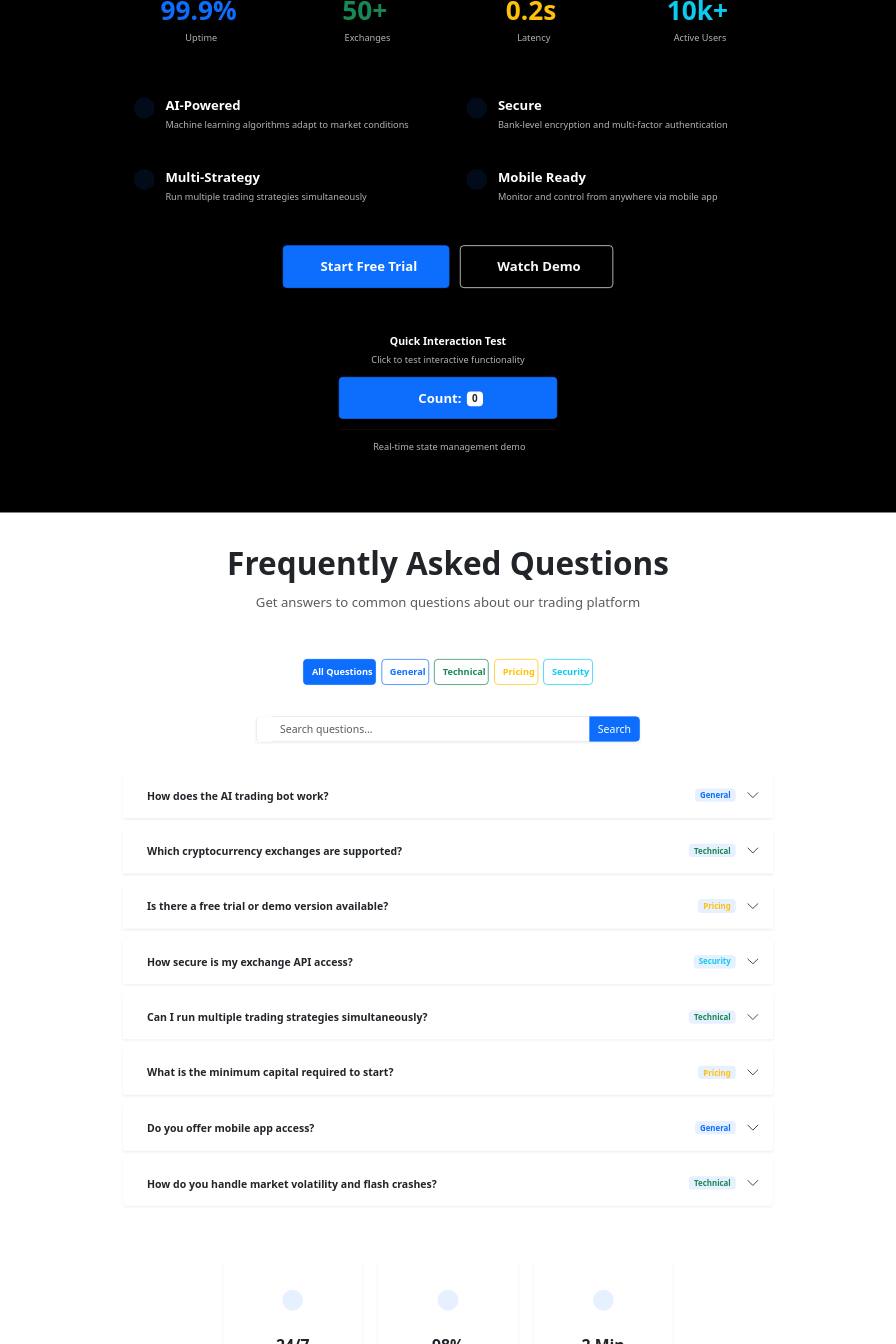
Repository: Kevin-Pro-Codes/halo-trading
Page: /
The author's editor kept a copy of each file at every save. The page is drawn from the files as they stood at one save, then again after the next save.
The browser window is 1280 px wide. The pictures show the part of the page from y = 408 to 2328 px (the page is 19543 px tall), at 70% of full size.
The page's requests for data from a server got no answer. The project was rebuilt for these pictures with package versions that can differ from the ones it lists, and the page was loaded fresh each time. Some packages were replaced by stand-ins written for this rebuild. No one was signed in, and anything a server would have sent is missing. Also part of the build but not shown: vite.config.js, src/styles/DocStyle.css, src/styles/PricingStyle.css.

Above is the page before, as saved 2025-12-09 18:48:55.

### src/Navbar.jsx
import React from 'react';
import haloLogo from './assets/halo.png';



const Navbar = ({ showHamburger, menuOpen, setMenuOpen }) => {
  return (
    <nav className="navbar">
      <div className="nav-content">
        <div className="nav-brand">
          <img src={haloLogo} alt="Trading Bot Logo" className="logo-img" />
        </div>

        {showHamburger ? (
          <div className="hamburger-container">
            <button
              className={`hamburger-btn ${menuOpen ? 'active' : ''}`}
              onClick={() => setMenuOpen(!menuOpen)}
              aria-label="Menu"
            >
              <span></span>
              <span></span>
              <span></span>
            </button>
          </div>
        ) : (
          <div className="nav-links">
            <button className="nav-btn">Home</button>
            <button className="nav-btn">About</button>
            <button className="nav-btn">Products</button>
            <button className="nav-btn">Contact</button>
          </div>
        )}
      </div>

      {showHamburger && menuOpen && (
        <div className="mobile-menu">
          <button className="nav-btn">Home</button>
          <button className="nav-btn">About</button>
          <button className="nav-btn">Products</button>
          <button className="nav-btn">Contact</button>
        </div>
      )}
    </nav>
  );
};

export default Navbar;

### src/components/FaqSection.jsx
import React, { useState } from 'react';

const FaqSection = () => {
  const [activeAccordion, setActiveAccordion] = useState(null);

  const faqs = [
    {
      question: "How does the AI trading bot work?",
      answer: "Our bot uses machine learning algorithms to analyze market data in real-time. It connects to your exchange accounts via secure API keys and executes trades based on your configured strategies. The AI continuously learns from market patterns and adapts to changing conditions for optimal performance.",
      category: "general"
    },
    {
      question: "Which cryptocurrency exchanges are supported?",
      answer: "We support all major exchanges including Binance, Coinbase Pro, Kraken, KuCoin, FTX, Bybit, and Bitfinex. Our platform is compatible with any exchange that provides REST API access. We're constantly adding new exchange integrations based on user demand.",
      category: "technical"
    },
    {
      question: "Is there a free trial or demo version available?",
      answer: "Yes! We offer a 14-day free trial with full access to all features including paper trading (simulated trading with virtual funds). No credit card required to start. After the trial, you can choose from our flexible subscription plans starting at $29/month.",
      category: "pricing"
    },
    {
      question: "How secure is my exchange API access?",
      answer: "We implement bank-level security measures including end-to-end encryption, read-only API key permissions by default, and never store your API secrets on our servers. All keys are encrypted at rest and in transit. We recommend using API keys with withdrawal disabled for maximum security.",
      category: "security"
    },
    {
      question: "Can I run multiple trading strategies simultaneously?",
      answer: "Absolutely! You can run up to 20 different strategies concurrently on a single account. Each strategy can have its own configuration, risk parameters, and asset allocation. Our platform includes strategy backtesting and performance analytics to help you optimize your approach.",
      category: "technical"
    },
    {
      question: "What is the minimum capital required to start?",
      answer: "There's no minimum requirement to use our platform. You can start trading with any amount. However, we recommend starting with at least $100 to account for exchange fees and market fluctuations. Remember: never trade more than you can afford to lose.",
      category: "pricing"
    },
    {
      question: "Do you offer mobile app access?",
      answer: "Yes! We have native iOS and Android apps that provide full functionality including real-time monitoring, strategy adjustments, and performance analytics. You can also access our platform via any modern web browser on desktop or mobile.",
      category: "general"
    },
    {
      question: "How do you handle market volatility and flash crashes?",
      answer: "Our platform includes multiple safety features: stop-loss orders, trailing stops, take-profit targets, and circuit breakers. The AI is trained to recognize abnormal market conditions and can temporarily pause trading during extreme volatility to protect your capital.",
      category: "technical"
    }
  ];

  const categories = [
    { id: "all", name: "All Questions", icon: "bi-grid", variant: "primary" },
    { id: "general", name: "General", icon: "bi-question-circle", variant: "primary" },
    { id: "technical", name: "Technical", icon: "bi-gear", variant: "success" },
    { id: "pricing", name: "Pricing", icon: "bi-currency-dollar", variant: "warning" },
    { id: "security", name: "Security", icon: "bi-shield-check", variant: "info" }
  ];

  const [selectedCategory, setSelectedCategory] = useState("all");

  const filteredFaqs = selectedCategory === "all"
    ? faqs
    : faqs.filter(faq => faq.category === selectedCategory);

  return (
    <section className="py-5 bg-white">
      <div className="container">
        {/* Header */}
        <div className="row justify-content-center text-center mb-5">
          <div className="col-lg-8">
            <h2 className="display-5 fw-bold mb-3">
              Frequently Asked Questions
            </h2>
            <p className="lead text-muted mb-4">
              Get answers to common questions about our trading platform
            </p>
          </div>
        </div>

        {/* Category Filter */}
        <div className="row mb-4">
          <div className="col-12">
            <div className="d-flex flex-wrap justify-content-center gap-2 mb-4">
              {categories.map((category) => (
                <button
                  key={category.id}
                  onClick={() => setSelectedCategory(category.id)}
                  className={`btn btn-sm px-1 py-2 fw-bold ${selectedCategory === category.id ? `btn-${category.variant}` : `btn-outline-${category.variant}`}`}
                >
                  <i className={`bi ${category.icon} me-2`}></i>
                  {category.name}
                </button>
              ))}
            </div>
          </div>
        </div>

        {/* Search Bar */}
        <div className="row justify-content-center mb-5">
          <div className="col-md-8 col-lg-6">
            <div className="input-group shadow-sm">
              <span className="input-group-text bg-white border-end-0">
                <i className="bi bi-search text-muted"></i>
              </span>
              <input
                type="text"
                className="form-control border-start-0"
                placeholder="Search questions..."
              />
              <button className="btn btn-primary">
                Search
              </button>
            </div>
          </div>
        </div>

        {/* FAQ Accordion */}
        <div className="row justify-content-center">
          <div className="col-lg-10">
            <div className="accordion" id="faqAccordion">
              {filteredFaqs.map((faq, index) => (
                <div className="accordion-item border-0 shadow-sm mb-3" key={index}>
                  <h2 className="accordion-header">
                    <button
                      className={`accordion-button ${activeAccordion === index ? '' : 'collapsed'} fw-bold py-4`}
                      type="button"
                      onClick={() => setActiveAccordion(activeAccordion === index ? null : index)}
                      style={{
                        backgroundColor: activeAccordion === index ? 'rgba(13, 110, 253, 0.05)' : 'white'
                      }}
                    >
                      <div className="d-flex align-items-center w-100">
                        <i className="bi bi-question-circle-fill text-primary me-3"></i>
                        <span className="me-auto">{faq.question}</span>
                        <span className={`badge bg-${categories.find(c => c.id === faq.category)?.variant} bg-opacity-10 text-${categories.find(c => c.id === faq.category)?.variant} me-3`}>
                          {categories.find(c => c.id === faq.category)?.name}
                        </span>
                      </div>
                    </button>
                  </h2>
                  <div
                    className={`accordion-collapse collapse ${activeAccordion === index ? 'show' : ''}`}
                  >
                    <div className="accordion-body py-4">
                      <p className="text-muted mb-4">{faq.answer}</p>
                      <div className="d-flex justify-content-between align-items-center">
                        <div className="d-flex gap-2">
                          <span className="badge bg-light text-dark border">#AI</span>
                          <span className="badge bg-light text-dark border">#Trading</span>
                          <span className="badge bg-light text-dark border">#Platform</span>
                        </div>
                        <button className="btn btn-sm btn-outline-primary">
                          <i className="bi bi-hand-thumbs-up me-1"></i>
                          Helpful
                        </button>
                      </div>
                    </div>
                  </div>
                </div>
              ))}
            </div>
          </div>
        </div>

        {/* Stats */}
        <div className="row justify-content-center mt-5 mb-5">
          <div className="col-sm-7">
            <div className="row g-4">
              <div className="col-md-4 text-center">
                <div className="card border-0 shadow-sm h-1">
                  <div className="card-body p-4">
                    <div className="bg-primary bg-opacity-10 p-3 rounded-circle d-inline-block mb-3">
                      <i className="bi bi-headset text-primary fs-4"></i>
                    </div>
                    <h3 className="fw-bold mb-2">24/7 Support</h3>
                    <p className="text-muted mb-0">Round-the-clock assistance for all users</p>
                  </div>
                </div>
              </div>
              <div className="col-md-4 text-center">
                <div className="card border-0 shadow-sm h-1">
                  <div className="card-body p-4">
                    <div className="bg-success bg-opacity-10 p-3 rounded-circle d-inline-block mb-3">
                      <i className="bi bi-check-circle text-success fs-4"></i>
                    </div>
                    <h3 className="fw-bold mb-2">98% Satisfaction</h3>
                    <p className="text-muted mb-0">Based on user feedback and reviews</p>
                  </div>
                </div>
              </div>
              <div className="col-md-4 text-center">
                <div className="card border-0 shadow-sm h-1">
                  <div className="card-body p-4">
                    <div className="bg-warning bg-opacity-10 p-3 rounded-circle d-inline-block mb-3">
                      <i className="bi bi-lightning text-warning fs-4"></i>
                    </div>
                    <h3 className="fw-bold mb-2">2 Min Response</h3>
                    <p className="text-muted mb-0">Average live chat response time</p>
                  </div>
                </div>
              </div>
            </div>
          </div>
        </div>

{/* CTA Section - Wider & Shorter */}
<div className="row justify-content-center mt-4">
  <div className="col-lg-11 col-xl-10">  {/* WIDER */}
    <div className="card border-primary bg-primary bg-opacity-5">

      {/* Reduced vertical padding */}
      <div className="card-body p-3 p-md-4">

        {/* Smaller header spacing */}
        <div className="text-center mb-3">
          <div className="bg-primary bg-opacity-10 p-2 rounded-circle d-inline-block mb-2">
            <i className="bi bi-question-circle-fill text-primary fs-4"></i>
          </div>
          <h4 className="fw-bold mb-2">Still Need Help?</h4>
          <p className="text-muted mb-3 small">
            Can't find the answer? Our support team is here to help.
          </p>
        </div>

        {/* Smaller buttons & tighter spacing */}
        <div className="d-flex flex-column flex-md-row justify-content-center align-items-center gap-2 mb-3">
          <button className="btn btn-outline-secondary px-3 py-2">
            <i className="bi bi-chat-dots me-2"></i> Chat
          </button>

          <button className="btn btn-outline-secondary px-3 py-2">
            <i className="bi bi-envelope me-2"></i> Email
          </button>

          <button className="btn btn-outline-secondary px-3 py-2">
            <i className="bi bi-book me-2"></i> Docs
          </button>
        </div>

        {/* Smaller footer */}
        <div className="text-center mt-2">
          <small className="text-muted">
            <i className="bi bi-telephone me-1"></i>
            1-800-TRADE-BOT • 24/7
          </small>
        </div>

      </div>
    </div>
  </div>
</div>

        {/* Quick Links */}
        <div className="row justify-content-center mt-5">
          <div className="col-lg-10">
            <div className="d-flex flex-wrap justify-content-center gap-3 gap-md-4">
              <a href="#" className="text-decoration-none text-muted d-flex align-items-center">
                <i className="bi bi-file-text me-2"></i>
                <span>Documentation</span>
              </a>
              <a href="#" className="text-decoration-none text-muted d-flex align-items-center">
                <i className="bi bi-youtube me-2"></i>
                <span>Video Tutorials</span>
              </a>
              <a href="#" className="text-decoration-none text-muted d-flex align-items-center">
                <i className="bi bi-people me-2"></i>
                <span>Community Forum</span>
              </a>
              <a href="#" className="text-decoration-none text-muted d-flex align-items-center">
                <i className="bi bi-github me-2"></i>
                <span>API Reference</span>
              </a>
              <a href="#" className="text-decoration-none text-muted d-flex align-items-center">
                <i className="bi bi-file-earmark-text me-2"></i>
                <span>Blog & Updates</span>
              </a>
            </div>
          </div>
        </div>
      </div>
    </section>
  );
};

export default FaqSection;

### src/Footer.jsx
import React from "react";

const Footer = () => {
  return (
    <footer className="section-black">
      <div className="section-content">
        <div className="footer-grid">
          <div className="footer-col">
            <h3>Contact</h3>
            <p>Email: support@halo.com</p>
            <p>Phone: +55 11 9987-6543</p>
            <p>Address: 456 Finance Street, Crypto City</p>
          </div>
          <div className="footer-col">
            <h3>Legal</h3>
            <p><a href="#">Risk Disclosure</a></p>
            <p><a href="#">Terms of Service</a></p>
            <p><a href="#">Privacy Policy</a></p>
          </div>
          <div className="footer-col">
            <h3>Support</h3>
            <p><a href="#">Help Center</a></p>
            <p><a href="#">API Documentation</a></p>
            <p><a href="#">Community Forum</a></p>
            <p className="mt-3"><a href="#">MetaTrader 5</a></p>
          </div>
        </div>
        <div className="footer-bottom">
          <p>
            © 2025 Halo Algo Trading. All rights reserved. Disclaimer: Trading
            involves risk. Past performance is not indicative of future results.
          </p>
          <p className="disclaimer"></p>
        </div>
      </div>
    </footer>
  );
};

export default Footer;

### src/App.css
/* Variables */
:root {
  --primary-color: #646cff;
  --primary-hover: #535bf2;
  --text-dark: black;
  --text-light: #ffffff;
  --bg-dark: black;
  --bg-light: #ffffff;
  --border-radius: 4px;
  --transition: all 0.3s ease;
}

#root {
  max-width: 100%;
  margin: auto;
  padding: 0rem;
  text-align: center;
}

/* Base Styles */
* {
  box-sizing: border-box;
  margin: 0;
  padding: 0;


}

html {
  font-size: 15px;

}



/* Typography */
h1, h2, h3, h4, h5, h6 {
  margin-bottom: 1rem;
  line-height: 1.2;
}

h2 {
  font-size: 2rem;
}

h3 {
  font-size: 1.5rem;
  margin: 1rem 0;
}

p {
  margin-bottom: 1rem;
}

ul {
  list-style: none;
  padding-left: 0;
}

/* Utility Classes */
.black-text {
  color: var(--text-dark);
}

.white-text {
  color: var(--text-light);
}

.bg-white {
  background-color: var(--bg-light);
}

.bg-black {
  background-color: var(--bg-dark);
}


/* Sections */
section {
  padding: 3rem 0;
}

.section-content {
  max-width: 2280px;
  margin: 0 auto;
  padding: 0 1rem;
}


.section-black {
  background-color: var(--bg-dark);
  color: var(--text-light);
}

.section-white {
  background-color: var(--bg-light);
  color: var(--text-dark);
}



/* Responsive Adjustments */
@media (max-width: 768px) {
  html {
    font-size: 14px;
  }

    .navbar {
    padding: 0;

  }

.nav-btn {
  background: transparent;
  color: var(--text-dark);
  border: 1px solid var(--text-dark);
  padding: 2rem 1rem;
  border-radius: var(--border-radius);
  font-family: inherit;
  font-size: 1rem;
}

  .logo-img {
  height: 4.5rem; /* Slightly reduced size */
  width: auto;
}

  .section-content {
    padding: 0 1.5rem;
  }

}

@media (max-width: 480px) {

  .navbar {
    padding: 0;
  }

.nav-btn {
  background: transparent;
  color: var(--text-dark);
  border: 1px solid var(--text-dark);
  padding: 1.5rem 1rem;
  border-radius: var(--border-radius);
  font-family: inherit;
  font-size: 1rem;
}


  .logo-img {
    height: 3.5rem;
  }

  section {
    padding: 2rem 0;
  }



}

### src/styles/ConverterStyle.css
/* Add to your existing CSS */
.converter-container {
  max-width: 500px;
  margin: 0 auto;
}

.converter-card {
  background-color: white;
  padding: 2rem;
  border-radius: var(--border-radius);
}

.converter-row {
  display: flex;
  align-items: center;
  margin-bottom: 1rem;
}

.converter-row label {
  width: 80px;
  text-align: right;
  margin-right: 1rem;
}

.converter-row input {
  flex: 1;
  padding: 0.5rem;
  border-radius: var(--border-radius);
  border: 1px solid #ddd;
  background-color: var(--bg-light);
  color: var(--text-dark);
}

.converter-card label,
.converter-card .rate-display {
  color: black; /* Replace with your desired color */
  font-weight: bold;
}

.rate-display {
  text-align: center;
  margin-top: 1.5rem;
  font-size: 0.9rem;
  opacity: 0.8;
}

/* Responsive adjustments */
@media (max-width: 600px) {
  .converter-row {
    flex-direction: column;
    align-items: flex-start;
  }

  .converter-row label {
    width: 100%;
    text-align: left;
    margin-bottom: 0.5rem;
  }
}

### src/styles/GalleryStyle.css
.card {
  max-width: 300px;         /* sets a max size without using % */
  width: 100%;              /* allows it to shrink only if necessary */
  padding: 1.5rem;
  border-radius: var(--border-radius);
  margin: 1rem auto;        /* centers the card */
  text-align: center;       /* centers button inside */
  box-sizing: border-box;   /* ensures padding doesn't add to width */
}



/* Gallery */
.gallery-grid {
  display: grid;
  grid-template-columns: repeat(auto-fill, minmax(200px, 1fr));
  gap: 1rem;
  margin-top: 1rem;
}

.gallery-item {
  border: 2px solid black;     /* Outline border color */
  border-radius: 8px;            /* Rounded corners (optional) */
  padding: 16px;                 /* Inner spacing */
  text-align: center;            /* Center the text */
  font-size: 20px;
  font-family: 'Calibri', sans-serif;
  color: black !important;
  transition: 0.3s ease-in-out;  /* Smooth hover transition */
  position: relative;
  width: 100%;
  height: 10rem;
  overflow: hidden;
  border-radius: 8px;
  background-color: white;
  box-shadow: 0 0 6px white;
}


.gallery-image {
  max-width: 100%;
  max-height: 100%;
  object-fit: contain;
}



.photo-gallery {
  display: grid;
  grid-template-columns: repeat(auto-fit, minmax(200px, 1fr));
  gap: 16px;
}


.square-image-container {
  position: absolute;
  top: 0; left: 0; right: 0; bottom: 0;
  display: flex;
  justify-content: center;
  align-items: center;
  overflow: hidden;
}

### src/styles/FooterStyle.css

/* Footer */
.footer-grid {
  display: grid;
  grid-template-columns: repeat(auto-fit, minmax(200px, 1fr));

}

.footer-col a {
  color: var(--text-light);
  text-decoration: none;

}

.footer-col a:hover {
  text-decoration: underline;

}

.footer-bottom {
  text-align: center;
  padding-top: 1rem;
  border-top: 1px solid rgba(255, 255, 255, 0.1);

}

.disclaimer {

  padding-bottom: 10px;
   margin-bottom: 0px !important;
}

Loaded but not shown: index.html (common file); src/main.jsx (common file); src/components/DocSection.jsx (389 lines, source omitted); src/components/LatestSection.jsx (402 lines, source omitted); src/components/ConverterSection.jsx (399 lines, source omitted); src/components/SetupSection.jsx (300 lines, source omitted); src/components/GallerySection.jsx (302 lines, source omitted); src/components/PricingSection.jsx (314 lines, source omitted); src/components/TestimonialSection.jsx (224 lines, source omitted); src/components/IntroSection.jsx (222 lines, source omitted); src/components/PerformanceSection.jsx (184 lines, source omitted); src/App.jsx (157 lines, source omitted); src/styles/NavbarStyle.css (126 lines, source omitted); src/index.css (124 lines, source omitted); src/styles/FaqStyle.css (no stored copy; drawn as an empty file); src/styles/IntroStyle.css (no stored copy; drawn as an empty file); src/styles/LatestStyle.css (no stored copy; drawn as an empty file); src/styles/PerformanceStyle.css (no stored copy; drawn as an empty file); src/styles/SetupStyle.css (no stored copy; drawn as an empty file); src/styles/TestimonialStyle.css (no stored copy; drawn as an empty file)

After the next save:
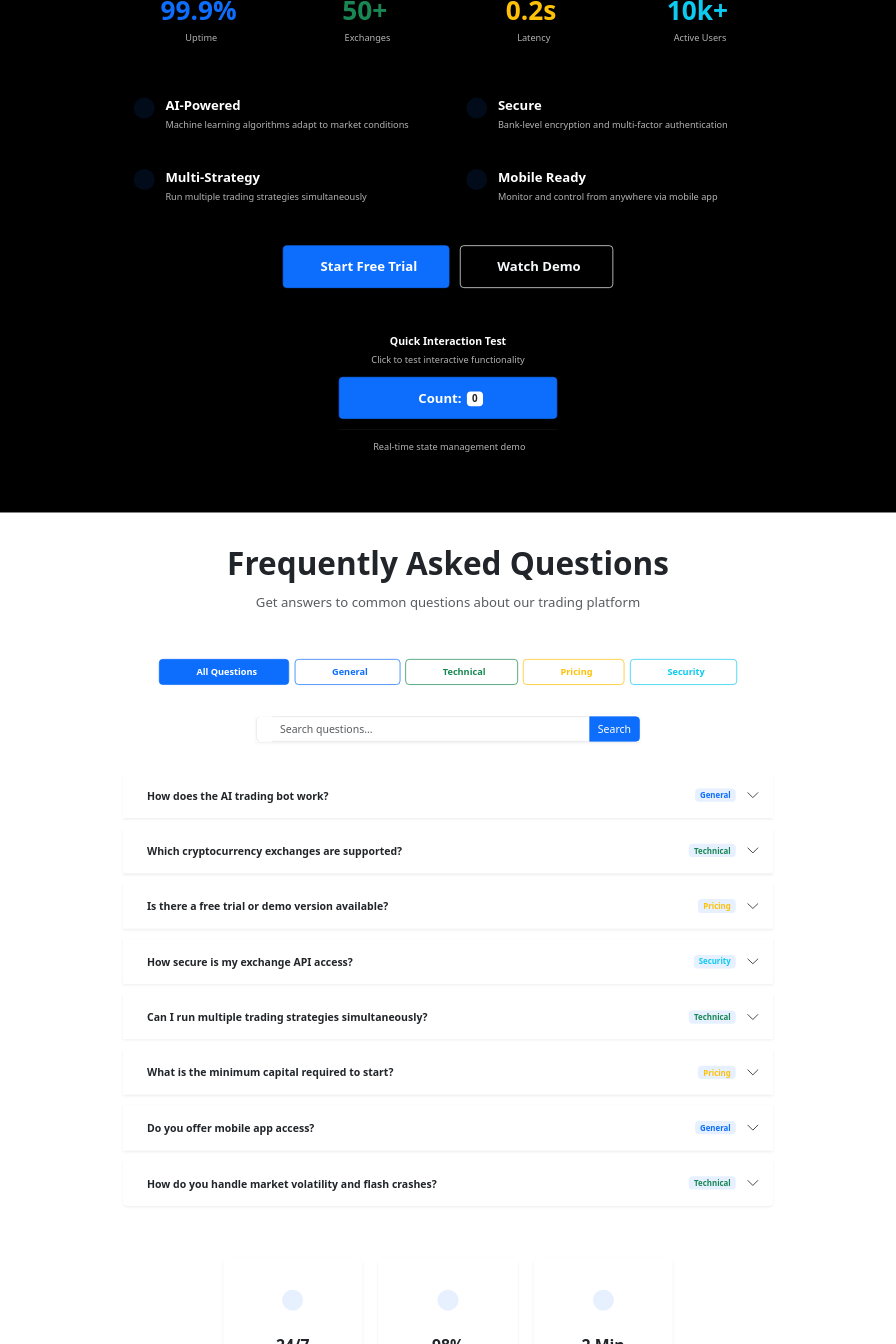
Saved 5 s later.
--- a/src/components/FaqSection.jsx
+++ b/src/components/FaqSection.jsx
@@ -83,7 +83,7 @@ const FaqSection = () => {
                 <button
                   key={category.id}
                   onClick={() => setSelectedCategory(category.id)}
-                  className={`btn btn-sm px-1 py-2 fw-bold ${selectedCategory === category.id ? `btn-${category.variant}` : `btn-outline-${category.variant}`}`}
+                  className={`btn btn-sm px-5 py-2 fw-bold ${selectedCategory === category.id ? `btn-${category.variant}` : `btn-outline-${category.variant}`}`}
                 >
                   <i className={`bi ${category.icon} me-2`}></i>
                   {category.name}
